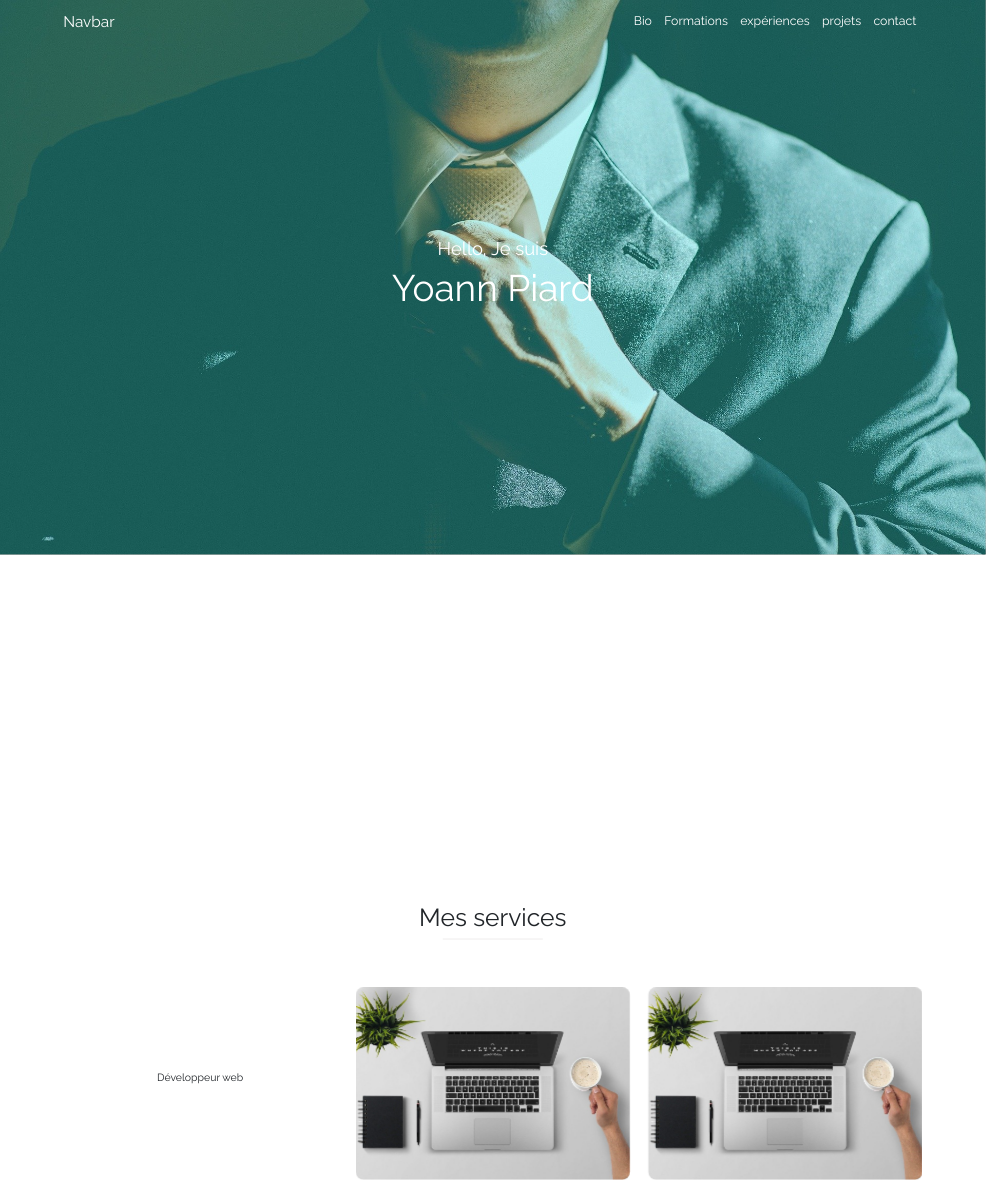
Repository: ypiard85/port-folio-bootstrap-yoann-2021
Page: index.html
The author's editor kept a copy of each file at every save. The page is drawn from the files as they stood at one save, then again after the next save.
The browser window is 1280 px wide. The pictures show the whole page, at 77% of full size.

Above is the page before, as saved 2021-03-09 16:23:02.
Console error: TypeError: window.onload is not a function

### index.html
<!DOCTYPE html>
<html lang="en">
  <head>
    <meta charset="UTF-8" />
    <meta http-equiv="X-UA-Compatible" content="IE=edge" />
    <meta name="viewport" content="width=device-width, initial-scale=1.0" />
    <link rel="stylesheet" href="https://use.fontawesome.com/releases/v5.15.2/css/all.css" integrity="sha384-vSIIfh2YWi9wW0r9iZe7RJPrKwp6bG+s9QZMoITbCckVJqGCCRhc+ccxNcdpHuYu" crossorigin="anonymous">    <!-- CSS only -->
    <link rel="stylesheet" href="./resource/style.css" />
    <link
      href="https://cdn.jsdelivr.net/npm/bootstrap@5.0.0-beta2/dist/css/bootstrap.min.css"
      rel="stylesheet"
      integrity="sha384-BmbxuPwQa2lc/FVzBcNJ7UAyJxM6wuqIj61tLrc4wSX0szH/Ev+nYRRuWlolflfl"
      crossorigin="anonymous"
    />
    <title>Document</title>
  </head>
  <body>
    <nav class="navbar position-fixed w-100 navbar-expand-lg navbar-light">
      <div class="container">
        <a class="navbar-brand" href="#">Navbar</a>
        <button
          class="navbar-toggler"
          type="button"
          data-bs-toggle="collapse"
          data-bs-target="#navbarNav"
          aria-controls="navbarNav"
          aria-expanded="false"
          aria-label="Toggle navigation"
        >
          <span class="navbar-toggler-icon"></span>
        </button>
        <div class="collapse navbar-collapse" id="navbarNav">
          <ul class="navbar-nav">
            <li class="nav-item">
              <a class="nav-link active" aria-current="page" href="#bio">Bio</a>
            </li>
            <li class="nav-item">
              <a class="nav-link" href="#formation">Formations</a>
            </li>
            <li class="nav-item">
              <a class="nav-link" href="#experience">expériences</a>
            </li>
            <li class="nav-item">
              <a class="nav-link" href="#projet">projets</a>
            </li>
            <li class="nav-item">
              <a class="nav-link" href="#contact">contact</a>
            </li>
          </ul>
        </div>
      </div>
    </nav>

    <header
      class="container-fluid flex-column
          d-flex align-items-center justify-content-center"
    >
      <h4>Hello, Je suis</h4>
      <h1>Yoann Piard</h1>
    </header>

    <section class="about_me in container">
      <div class="about_card rounded shadow-lg">
        <div class="container">
          <div class="row">
            <div class="col-md-6  col-sm-12 p-3 p-sm-4 align-self-center">
              <h2 class="mb-4" >A propos de moi</h2>
              <p>
                Passionné par l'informatique depuis mon plus jeune âge, je me
                suis tout naturellement orienté vers dans le secteur du
                développement web et logiciel. Depuis 2019, je mets mon savoir
                auprès d'associations et entreprises, les aidant à augmenter
                leurs visibilités sur internet. Aujourd'hui, je cherche à
                intégrer une entreprise afin de travailler sur des projets
                concrets et de monter en compétence.
              </p>
              <ul class="d-flex">
                  <li><a href=""><i class="fab fa-instagram"></i></a></li>
                  <li><a href=""><i class="fab fa-linkedin-in"></i></a></li>
                  <li><a href=""><i class="fab fa-github"></i></a></li>
              </ul>
            </div>
            <div class="col-md-6 col-sm-12 p-3 p-sm-5 d-none d-md-block">
              <img class="img-fluid img-thumbnail" src="./resource/image/yoann_piard.png" alt="" />
            </div>
          </div>
        </div>
      </div>
    </section>

    <section class="my_work">
        <div class="container">
            <h2 class="ttile_section text-center mb-5">Mes services</h2>
            <div class="row pt-4 pb-4">
                <div class="col-md-4">
                    <div class="service_card">
                            <div class="service_btn"><p class="rounded">Développeur web</p></div>
                            <div class="service_hover rounded"></div>
                    </div>
                </div>
                <div class="col-md-4">
                    <div class="service_card" style="background-image: url('./resource/services/laptop-1209008_1280.jpg')"></div>

                </div>
                <div class="col-md-4">
                    <div class="service_card" style="background-image: url('./resource/services/laptop-1209008_1280.jpg')"></div>

                </div>
            </div>
        </div>
    </section>

    <!-- JavaScript Bundle with Popper -->
    <script
      src="https://cdn.jsdelivr.net/npm/bootstrap@5.0.0-beta2/dist/js/bootstrap.bundle.min.js"
      integrity="sha384-b5kHyXgcpbZJO/tY9Ul7kGkf1S0CWuKcCD38l8YkeH8z8QjE0GmW1gYU5S9FOnJ0"
      crossorigin="anonymous"
    ></script>
    <script src="https://unpkg.com/scrollreveal"></script>
    <script src="./resource/scrollreveal.js"></script>
    <script src="./resource/app.js"></script>
    <script>window.onload(scrollEffect()) </script>
  </body>
</html>

### resource/style.css
@import url('https://fonts.googleapis.com/css2?family=Raleway&display=swap');

*{
    transition: 0.3s;
}

body{
    font-family: 'Raleway', sans-serif!important;
}


.navbar-collapse{
    flex-grow: 0!important;
}

nav a{
    color: white!important;
}

header{
    height: 100vh;
    background: gray;
    background-image: linear-gradient(90deg, rgba(0,231,249,0.2780462526807598) 100%, rgba(0,4,24,0.4405112386751575) 74%), url('./image/about-section.jpg');
    background-repeat: no-repeat;
    background-size: cover;
    background-position: top center;
    color: white;
}

header h1{
    font-weight: normal;
    font-size: 3em;
}

.about_card{
    margin: auto;
    width: 900px;
    max-width: 100%;
    background-color: white;
}

.about_card a{
    font-family: Arial!important;
}

.about_me h2{
    font-weight: bold;
}

.about_card img{
    width: 100%;
    border-radius: 50%;
}

.about_card ul{
    list-style: none;
    padding: 0;
}

.about_card i{
    font-size: 1em;
    color: black;
}

.about_card{
    line-height: 2em;
}

.about_card li{
    margin-right: 10px;
}

.in{
    transform: translateY(-200px);
}

.ttile_section{
    position: relative;
}

.ttile_section::after{
    content: '';
    position: absolute;
    width: 130px;
    height: 1px;
    background-color: rgb(233, 231, 231);
    bottom: -10px;
    left:0;
    right: 0;
    margin: auto;
}

.service_card{
    height: 250px;
    background-position: center;
    background-size: cover;
    border-radius: 10px;
    position: relative;
    perspective: 600px;
}

.service_btn{
    display: flex;
    justify-content: center;
    height: 100%;
    align-items: center;
}

.service_btn p{
    background-color: white;
    padding: 5px 8px;
    transform: translate3d(0, 0, 60px) scale(0.85);
}

.service_hover{
    position: absolute;
    top:0;
    bottom:0;
    left:0;
    right:0;
    background-color: orange;
    display: none;
}

.service_card:hover{

}

.service_card:hover .service_btn{

}

.service_card:hover .service_hover{

}

### resource/scrollreveal.js
function scrollEffect(){


    ScrollReveal().reveal('.about_me', {
        delay: 150,
        duration: 1000,
        reset: true,
        origin: 'bottom',
        distance: '30%'
    });

}

### resource/app.js
ScrollReveal().reveal('.about_me', {
    delay: 250,
    duration: 1000,
    reset: true,
    origin: 'bottom',
    distance: '20%'
});

After the next save:
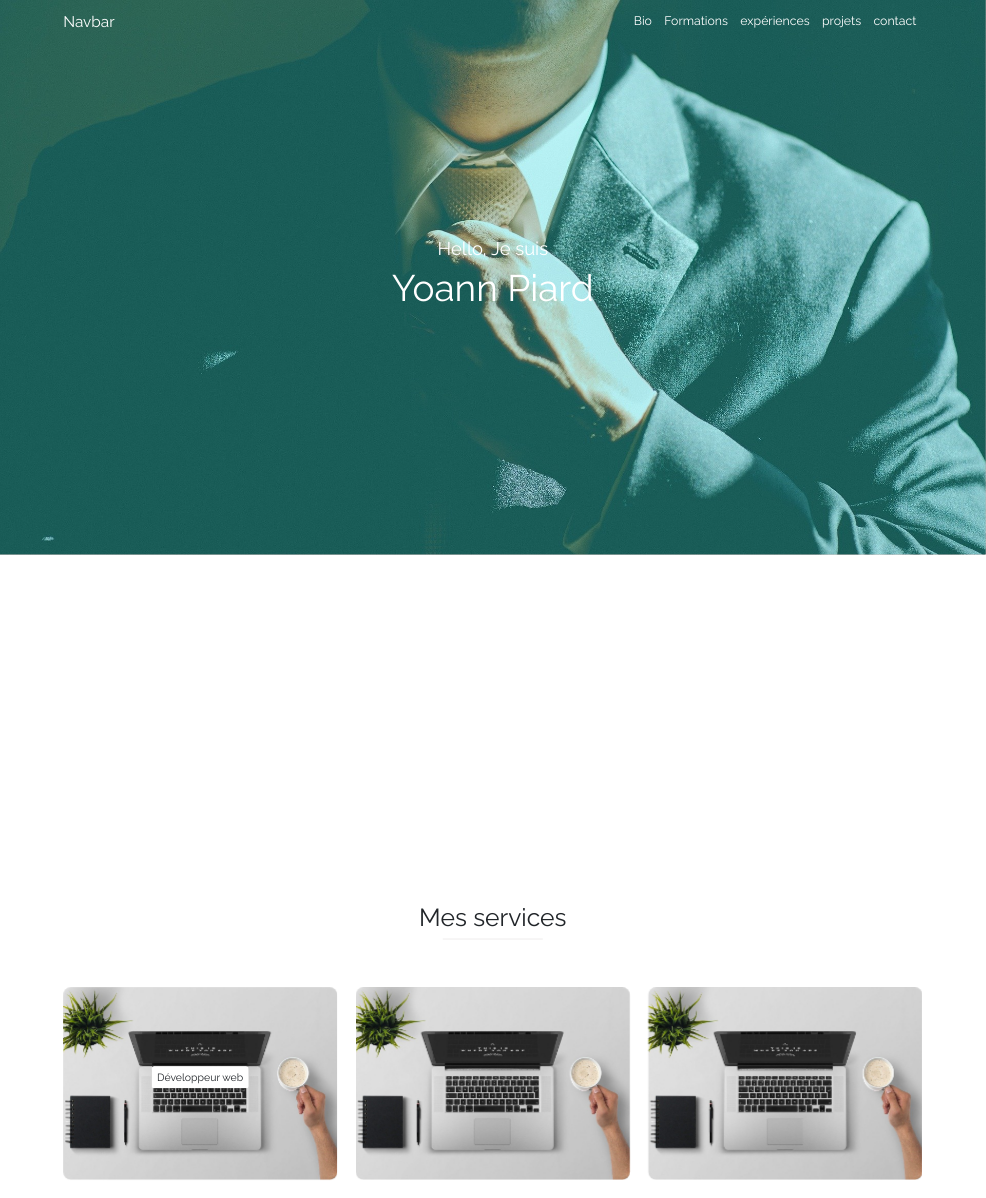
Saved 22 s later.
--- a/index.html
+++ b/index.html
@@ -93,7 +93,7 @@
             <h2 class="ttile_section text-center mb-5">Mes services</h2>
             <div class="row pt-4 pb-4">
                 <div class="col-md-4">
-                    <div class="service_card">
+                    <div class="service_card" style="background-image: url('./resource/services/laptop-1209008_1280.jpg')">
                             <div class="service_btn"><p class="rounded">Développeur web</p></div>
                             <div class="service_hover rounded"></div>
                     </div>
